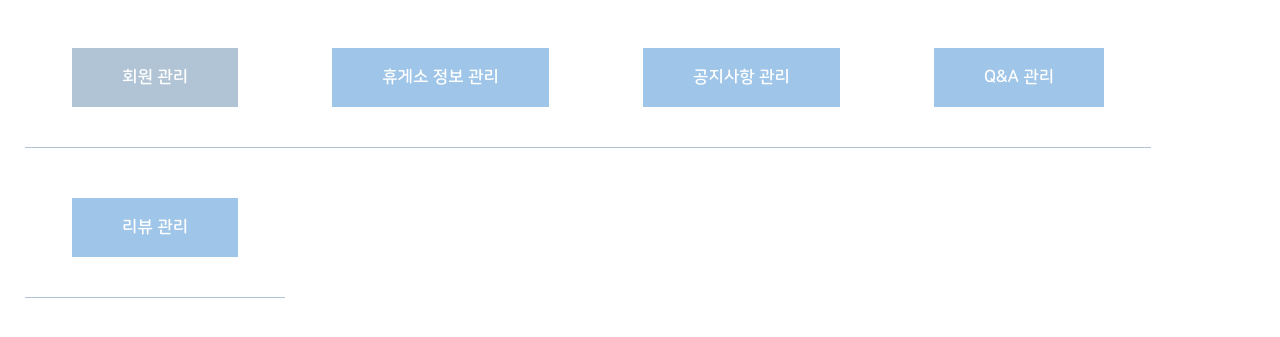
Repository: kimyerim-o/hyusikpro
Page: http://localhost/prac1/admin/admin.jsp
These files come from the project's save history. The page is drawn as it stood at one moment and after the next save; the edit follows.
The browser window is 1280 px wide. The pictures show the whole page.
Some web libraries are served in a nearby version. The page is served by Tomcat 9. Nobody is signed in. The application's start-up code is not run. Other server files are loaded and not shown.

Above is the page before, as saved 2020-05-14 04:37:53.

### hyusik/prac1/WebContent/admin/admin.jsp
<%@ page language="java" contentType="text/html; charset=UTF-8"
    pageEncoding="UTF-8"%>
<%@ taglib prefix="c" uri="http://java.sun.com/jsp/jstl/core" %>
<link rel="stylesheet" href="<%=request.getContextPath()%>/admin/admin_style.css">
<link rel="stylesheet" href="<%=request.getContextPath()%>/header/header_style.css">
<script src="https://code.jquery.com/jquery-1.10.2.js"></script>
<script>
	$(function() {
		$('ul.tab li').click(function() {
			var activeTab = $(this).attr('data-tab');
			$('ul.tab li').removeClass('current');
			$('.tabcontent').removeClass('current');
			$(this).addClass('current');
			$('#' + activeTab).addClass('current');
		})
	})
</script>
</head>
<body>
<main>
<div class="cont">
	<ul class="tab">
		<li class="current" data-tab="tab1"><a href="admin_member.go">회원 관리</a></li>
		<li data-tab="tab2"><a href="admin_info.go">휴게소 정보 관리</a></li>
		<li data-tab="tab3"><a href="admin_notice.go">공지사항 관리</a></li>
		<li data-tab="tab4"><a href="admin_qna.go">Q&A 관리</a></li>
		<li data-tab="tab5"><a href="admin_review.go">리뷰 관리</a></li>
	</ul>

	<div id="tab1" class="tabcontent current">
	</div>

	<div id="tab2" class="tabcontent">
		<ul>
			<c:forEach var="restinfo" items="${infoData.restinfo}" >
			<li><a href="#">${restinfo.name}</a></li>
			</c:forEach>
		</ul>
	</div>

	<div id="tab3" class="tabcontent">
		<div>
			<table>
			<c:forEach var="brand" items="${infoData.brand}" >
				<tr>
					<td>이메일</td>
					<td>이름</td>
					<td>생년월일</td>
					<td>성별</td>
					<td>관리자</td>
				</tr>
			</c:forEach>
			</table>
		</div>
	</div>

	<div id="tab4" class="tabcontent">
		<div>
			<table>
			<c:forEach var="brand" items="${infoData.brand}" >
				<tr>
					<td>이메일</td>
					<td>이름</td>
					<td>생년월일</td>
					<td>성별</td>
					<td>관리자</td>
				</tr>
			</c:forEach>
			</table>
		</div>
	</div>

	<div id="tab5" class="tabcontent">
		<div>
			<table>
			<c:forEach var="brand" items="${infoData.brand}" >
				<tr>
					<td>이메일</td>
					<td>이름</td>
					<td>생년월일</td>
					<td>성별</td>
					<td>관리자</td>
				</tr>
			</c:forEach>
			</table>
		</div>
	</div>
</div>
</main>
</body>
</html>

### hyusik/prac1/WebContent/admin/admin_style.css
.cont {
	width: 1230px;
	margin:0 auto;
}
.tab {
	list-style: none;
	margin: 0;
	padding: 0;
	overflow: hidden;
}
/* Float the list items side by side */
.tab li {
    float: left;
	padding-top: 30px;
	padding-bottom: 30px;
	margin-bottom: 10px;
	border-bottom-style: ridge;
	border-bottom-color: rgb(177,196,214);
	border-bottom-width: thin;
}
/* Style the links inside the list items */
.tab li a {
	display: inline-block;
	color: #fff;
	text-align: center;
	text-decoration: none;
	padding: 20px 50px;
	font-size: 17px;
	transition:0.3s;
	background-color:rgb(159,197,232);
	margin:10px 47px;
}
/* Style the tab content */
.tabcontent {
	display: none;
	/*background-color:rgb(0,154,200);*/
	padding: 6px 12px;
	/*color:#fff;*/
}
/*ul.tab li.current{
	//background-color:rgb(64,140,209);
	color: #222;
}*/
ul.tab li.current a{
	background-color:rgb(177,196,214);
}
.tabcontent.current {
	display: block;}

.location{
	text-align:center;
	width:1100px;
}
#map{
	width:550px;height:200px;margin: 30px;
}

.infolist li{
	font-size: 25px;margin:10px;
}
.infolist h3{
	margin:20px 10px;
}
.infolist a{
	margin:30px;
}

### hyusik/prac1/WebContent/header/header_style.css
@font-face {font-family: 'NanumSquareRoundEB';
src:url('NanumSquareRoundEB.ttf') format('truetype');
/* font-weight: normal; */
font-style: normal;}
@font-face {font-family: 'NanumSquareRoundB';
src:url('NanumSquareRoundB.ttf') format('truetype');
font-style: normal;}
body{font-family:'NanumSquareRoundB';}
* {box-sizing:border-box;}

.body{margin: 0 auto;width: 1230px;padding: 8px 10px;text-align: left;}/*width: 1080px*/
/* a:link visited hover active 순서 */
a:link, a:visited {text-decoration:none;color:#296ead;}
.header {padding:20px 10px 4px;border:5px 40px;height:170px}
.logo{position:relative;top:45px;margin:0;padding-left:80px;}
/* .nav {position:relative;} */
.logo > a{font-family:'NanumSquareRoundEB';font-size: 50px;font-weight: bold}
#choice{position:relative;margin:0 auto;padding:0 0 0 260px;width:100%;}/*상하 좌우, 시계방향*/
.list{margin-block-start: 2em;padding-inline-start: 250px;list-style: none;}
.list-item{display:inline;padding:10px;}
.list-item > a:hover{color:#609fd9}
#id {font-family:'NanumSquareRoundB'}

/*실시간 급상승*/

After the next save:
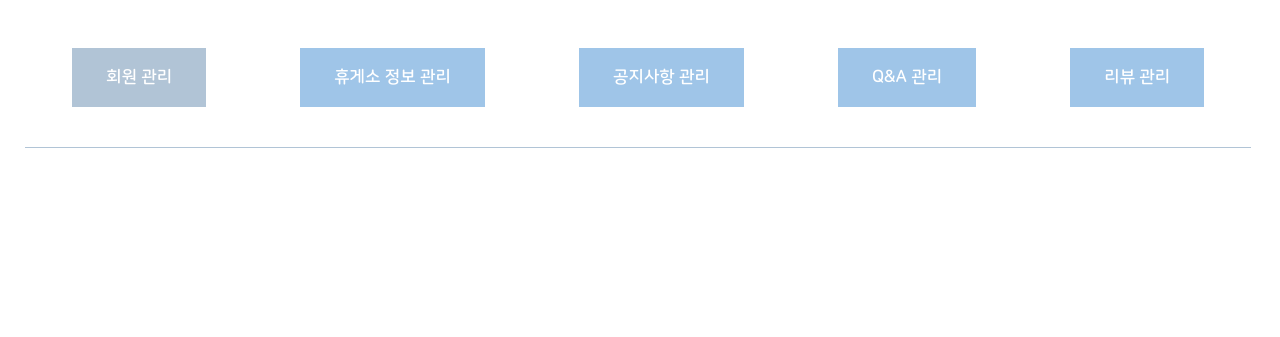
Saved 4 min 9 s later.
--- a/hyusik/prac1/WebContent/admin/admin_style.css
+++ b/hyusik/prac1/WebContent/admin/admin_style.css
@@ -24,7 +24,7 @@
 	color: #fff;
 	text-align: center;
 	text-decoration: none;
-	padding: 20px 50px;
+	padding: 20px 34px;
 	font-size: 17px;
 	transition:0.3s;
 	background-color:rgb(159,197,232);
